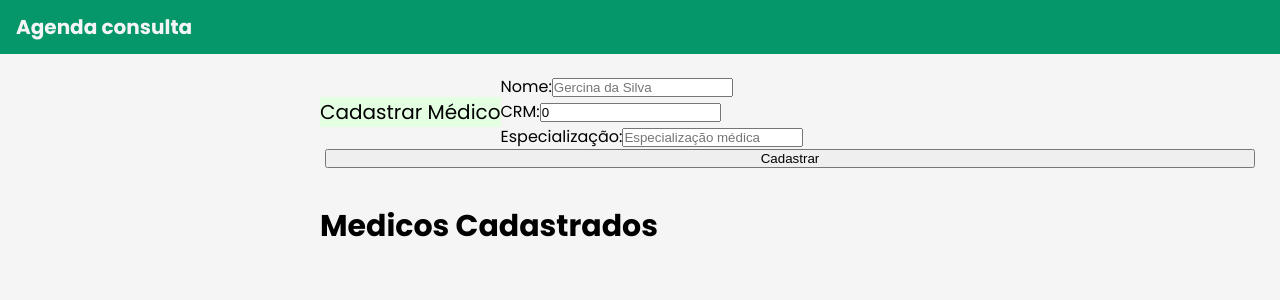
Repository: BarbaraCD/agendaconsulta
Page: /
The author's editor kept a copy of each file at every save. The page is drawn from the files as they stood at one save, then again after the next save.
The browser window is 1280 px wide. The pictures show the whole page.
The page's requests for data from a server got no answer. The project was rebuilt for these pictures with package versions that can differ from the ones it lists, and the page was loaded fresh each time. No one was signed in, and anything a server would have sent is missing. Also part of the build but not shown: vite.config.ts.

Above is the page before, as saved 2023-07-26 17:27:10.

### index.html
<!DOCTYPE html>
<html lang="en">
  <head>
    <meta charset="UTF-8" />
    <link rel="icon" type="image/svg+xml" href="/vite.svg" />
    <meta name="viewport" content="width=device-width, initial-scale=1.0" />

    <link rel="preconnect" href="https://fonts.googleapis.com">
    <link rel="preconnect" href="https://fonts.gstatic.com" crossorigin>
    <link href="https://fonts.googleapis.com/css2?family=Poppins:wght@400;500;700&display=swap" rel="stylesheet">

    <title>Agendamento de Consulta</title>
  </head>
  <body>
    <div id="root"></div>
    <script type="module" src="/src/main.tsx"></script>
  </body>
</html>

### src/main.tsx
import React from 'react'
import ReactDOM from 'react-dom/client'
import App from './App.tsx'
import { ThemeProvider } from 'styled-components'
import { theme } from './styles/Theme.ts'

ReactDOM.createRoot(document.getElementById('root')!).render(
  <React.StrictMode>
    <ThemeProvider theme={theme}>
      <App />
    </ThemeProvider>
  </React.StrictMode>,
)

### src/App.tsx
import './styles/global'
import { Header } from './components/Header'
import GlobalStyle from './styles/global'
import { CreateDoctor } from './components/CreateDoctor'

function App() {

  return (
    <>
      <GlobalStyle />
      <Header />
      {/* <Sidebar /> */}
      <CreateDoctor/>

    </>
  )
}

export default App

### src/styles/Theme.ts

export const theme = {
  colors: {
    primary: '#059669',
    head: '#059669B3',
    900: '#6A8D73',
    800: '#AFC5A6',
    700: '#F4FDD9',
    100: '#E4FFE1',

    sbcolor: '#DCE2E6',
    gray: '#41414D',
    black: '#000',
    white: '#f5f5f5',
  },

  size: {
    sm: '14px',
    md: '16px',
    lg: '18px',
    xl: '20px',
    xxl: '24px'
  }
}

### src/styles/global.ts
import { createGlobalStyle } from 'styled-components'

export default createGlobalStyle`
  *{
    margin: 0;
    padding: 0;
    box-sizing: border-box;
  }
  body{
    font-family: 'Poppins', sans-serif;
    background: ${(props) => props.theme.colors.white};
    font-size: ${(props) => props.theme.size.xl};
  }
`

### src/components/Header.tsx
import { styled } from "styled-components"

const Container = styled.div`
  background-color: ${(props) => props.theme.colors.primary};
  padding: 12px 16px;
  color: ${(props) => props.theme.colors.white};
  font-weight: 700;
`

export function Header(){
  return (
    <Container>
      Agenda consulta
    </Container>
  )
}

### src/components/CreateDoctor.tsx
import { useEffect, useState } from 'react'
import { Doctors, DoctorsProps } from './Doctors'
import { createDoctor, getDoctors } from '../services/doctor.services'
import { InputDoctors } from './InputDoctors'
import { SubmitButton } from './SubmitButton'
import { styled } from 'styled-components'

const DocContainer = styled.div`
  display: flex;
  flex-direction: column;
  margin-left: 300px;
  padding: 20px;
`
const DocStyle = styled.div`
  margin-top: 24px;
  padding: 12px 0;
`

export function CreateDoctor(){

  const [doctor, setDoctors] = useState<DoctorsProps[]>([])
  const [newDoctor, setNewDoctor] = useState<DoctorsProps>({
    name: '',
    specialization: '',
    crm: 0,
  })

  useEffect(() => {
    fetchDoctor().catch((error) => {
      console.error('Error fetching doctors:', error);
    });
  }, []);

  async function fetchDoctor() {
    const response: DoctorsProps[] = await getDoctors();
    const fetchedDoctor = response;
    setDoctors(fetchedDoctor);
  }

  async function createNewDoctor(){
    if(
      newDoctor?.name.trim() !== '' &&
      newDoctor?.crm.trim() !== '' &&
      newDoctor?.specialization.trim() !== 0
      ){
        await createDoctor(newDoctor)
        fetchDoctor()
        setNewDoctor({
          name: '',
          crm: 0,
          specialization: ''
        })
      }
  }

  return(
    <DocContainer>
      <InputDoctors
        name={newDoctor.name}
        especializacao={newDoctor.specialization}
        crm={newDoctor.crm.toString()}
        onNameChange={(value) => setNewDoctor({ ...newDoctor, name: value })}
        onEspecializacaoChange={(value) =>
          setNewDoctor({ ...newDoctor, specialization: value })
        }
        onCrmChange={(value) => setNewDoctor({ ...newDoctor, crm: value })}
      />

        <SubmitButton onClick={createNewDoctor}/>

        <DocStyle>
          <h2>Medicos Cadastrados</h2>
          <Doctors name={doctor.name} crm={doctor.crm} specialization={doctor.specialization} />
        </DocStyle>

    </DocContainer>
  )
}

### src/components/Doctors.tsx
import { styled } from "styled-components"

const StyleDoctors = styled.div`
  background: ${(props) => props.theme.colors.white};
`

export type DoctorsProps = {
  name: string
  crm: number
  specialization: string
}

export function Doctors(props: DoctorsProps){

  return(
    <StyleDoctors>
      <span>{props.crm}</span>
      <span>{props.name}</span>
      <span>{props.specialization}</span>
    </StyleDoctors>
  )
}

### src/services/doctor.services.ts
import { DoctorsProps } from '../components/Doctors'
import { api } from './ApiConfig'

export async function getDoctors(): Promise<DoctorsProps[]> {
  return api.get('/doctor')
}

export async function createDoctor(name: string, crm: number, specialization: string){
  return api.post('/doctor', {
    name,
    crm,
    specialization
  })
}

### src/components/InputDoctors.tsx

import styled from "styled-components"

const DoctorContainer = styled.div`
  display: flex;
  justify-content: start;
  align-items: center;
  color: ${(props) => props.theme.colors.black};
  font-size: ${(props) => props.theme.size.md};

  span {
    font-size: ${(props) => props.theme.size.xl};
    background-color: ${(props) => props.theme.colors[100]};
  }
`

interface InputDoctorsProps{
  name: string
  crm: number
  specialization: string
  onNameChange: (value: string) => void
  onCrmChange: (value: number) => void
  onSpecializationChange: (value: string) => void
}

export function InputDoctors(props: InputDoctorsProps) {
  return (
    <DoctorContainer>
      <span>Cadastrar Médico</span>
      <form onSubmit={(event) => event.preventDefault()}>
        <label>
          Nome:
          <input
            type="text"
            name="nome"
            value={props.name}
            onChange={(event) => props.onNameChange(event.target.value)}
            placeholder='Gercina da Silva'
          />
        </label>
        <br />
        <label>
          CRM:
          <input
            type="text"
            name="crm"
            value={props.crm}
            onChange={(event) => props.onCrmChange(Number(event.target.value))}
            placeholder='Número do CRM'
          />
        </label>
        <br />
        <label>
          Especialização:
          <input
            type="text"
            name="specialization"
            value={props.specialization}
            onChange={(event) => props.onSpecializationChange(event.target.value)}
            placeholder='Especialização médica'
          />
        </label>
      </form>
    </DoctorContainer>
  )
}

### src/components/SubmitButton.tsx
import { styled } from "styled-components"

interface SubmitButtonProps {
  onClick: () => void
}

const StyledButton = styled.button`
  justify-content: center;
  align-items: center;
  margin: 0 5px;
`

export function SubmitButton({ onClick }: SubmitButtonProps) {
  return (
    <StyledButton onClick={onClick}>
      Cadastrar
    </StyledButton>
  )
}

### src/services/ApiConfig.ts
import axios from "axios";

export const api = axios.create({
  baseURL: 'http://localhost:3333',
})

After the next save:
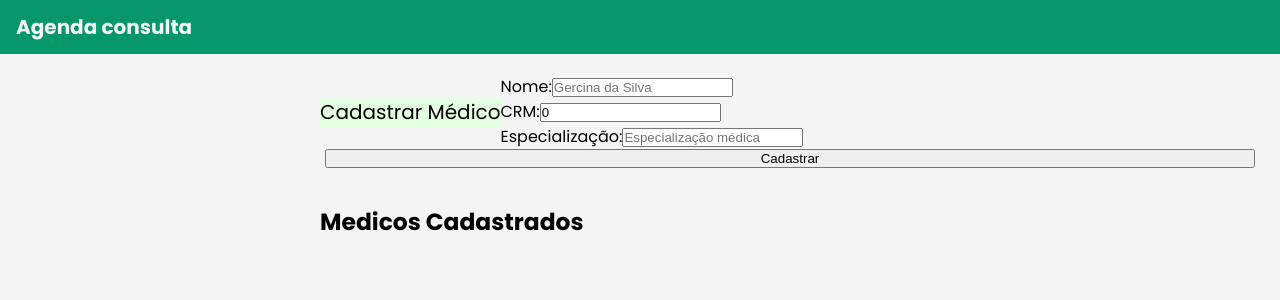
Saved 8 s later.
--- a/src/components/CreateDoctor.tsx
+++ b/src/components/CreateDoctor.tsx
@@ -69,7 +69,7 @@ export function CreateDoctor(){
         <SubmitButton onClick={createNewDoctor}/>
 
         <DocStyle>
-          <h2>Medicos Cadastrados</h2>
+          <h3>Medicos Cadastrados</h3>
           <Doctors name={doctor.name} crm={doctor.crm} specialization={doctor.specialization} />
         </DocStyle>
 
